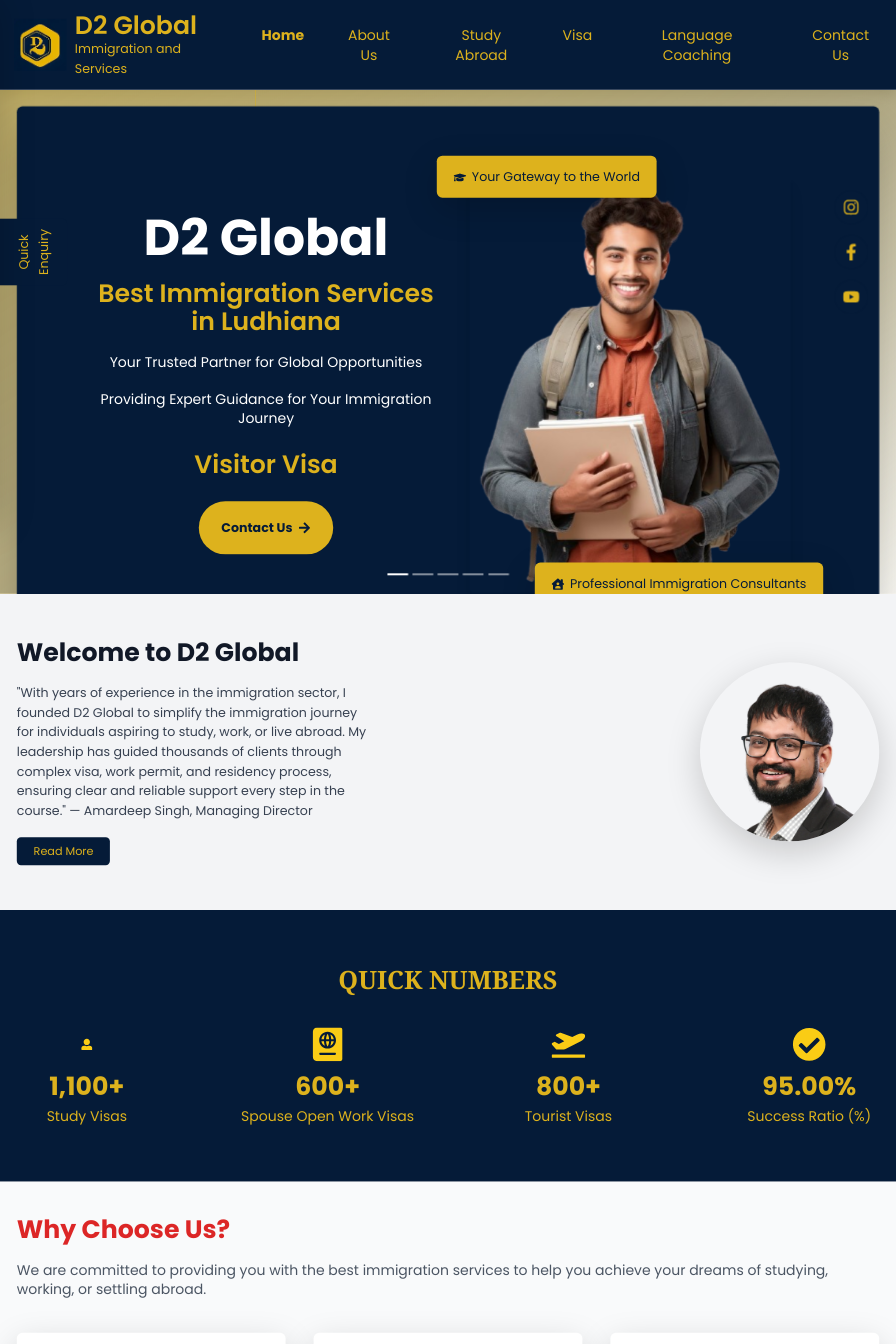
Repository: abhijeets54/d2globalbackup
Page: /
The author's editor kept a copy of each file at every save. The page is drawn from the files as they stood at one save, then again after a run of saves.
The browser window is 1280 px wide. The pictures show the part of the page from y = 0 to 1920 px (the page is 6727 px tall), at 70% of full size.
The page's requests for data from a server got no answer. The project was rebuilt for these pictures with package versions that can differ from the ones it lists, and the page was loaded fresh each time. No one was signed in, and anything a server would have sent is missing. Also part of the build but not shown: vite.config.js, src/components/Button.jsx, src/components/PostCard.jsx, src/components/Input.jsx, src/components/PopupForm.jsx, src/components/Events.jsx, src/components/People.jsx, src/Newsletter/NewsletterComponent.jsx and 28 more. Imported but missing from the stored project, and not drawn on this page: src/components/Donate/RestoftheWorld.jsx, src/components/Donate/WithInIndia.jsx, src/components/JoinUs.jsx, src/components/Projects/Awareness.jsx, src/components/Projects/Education.jsx, src/components/Projects/HumanitarianAid.jsx, src/components/ThreePillars.jsx, src/pages/Donate.jsx and 2 more.

Above is the page before, as saved 2024-10-04 12:31:01.

### index.html
<!doctype html>
<html lang="en">
  <head>
    <meta charset="UTF-8" />
    <link rel="icon" type="image/svg+xml" href="/logo.webp" />
    <meta name="viewport" content="width=device-width, initial-scale=1.0" />
    <link href="https://fonts.googleapis.com/css2?family=Gothic+A1&family=Inconsolata:wght@200..900&family=Mukta:wght@200;300;400;500;600;700;800&family=Poppins:ital,wght@0,100;0,200;0,300;0,400;0,500;0,600;0,700;0,800;0,900;1,100;1,200;1,300;1,400;1,500;1,600;1,700;1,800;1,900&display=swap" rel="stylesheet">

    <link href="https://cdn.jsdelivr.net/npm/bootstrap@5.3.3/dist/css/bootstrap.min.css" rel="stylesheet" integrity="sha384-QWTKZyjpPEjISv5WaRU9OFeRpok6YctnYmDr5pNlyT2bRjXh0JMhjY6hW+ALEwIH" crossorigin="anonymous">
    <link
  rel="stylesheet"
  href="https://cdnjs.cloudflare.com/ajax/libs/font-awesome/5.15.3/css/all.min.css"
/>
    <title>D2 Global</title>
  </head>
  <body class="bg-slate-400">
    <div id="root"></div>
    <script src="https://cdn.jsdelivr.net/npm/bootstrap@5.3.3/dist/js/bootstrap.bundle.min.js" integrity="sha384-YvpcrYf0tY3lHB60NNkmXc5s9fDVZLESaAA55NDzOxhy9GkcIdslK1eN7N6jIeHz" crossorigin="anonymous"></script>
    <script type="module" src="/src/main.jsx"></script>
  </body>
</html>

### src/App.jsx
import React, { useState, useEffect } from 'react'
import './App.css'
import { Footer, Header } from './components'
import { Outlet } from 'react-router-dom'


function App() {
  const [loading, setLoading] = useState(false)

  return !loading ? (
    <div className='min-h-screen flex flex-wrap content-between bg-gray-400'>
      <div className='w-full block'>
        <Header />
        <main>
        <Outlet />
        </main>
        <Footer />
      </div>
    </div>
  ) : null
}

export default App

### src/pages/Home.jsx
import React, { useState } from 'react';
import { useNavigate } from 'react-router-dom';
import Collage from '../components/Collage';
import OurAssociates from '../components/OurAssociates';
import QuickNumbers from '../components/QuickNumbers';
import WhatPeopleAreSaying from '../components/WhatPeopleAreSaying';

import Register from '../components/Register';

import About from '../components/About';
import Offer from '../components/Offer';
import Countries from '../components/Countries';
import PopupForm from '../components/PopupForm';
import Events from '../components/Events';
import QuickEnquiry from '../components/ContactUs/QuickEnquiry';
import Choose from '../components/Choose';
import People from '../components/People';
import CollageWithAnimations from '../components/CollageWithAnimations';
function Home() {
  const navigate = useNavigate();
  const [showFullText, setShowFullText] = useState(false);

  const handleReadMore = () => {
    navigate('/About');
  };

  const handleMoreAboutUs = () => {
    setShowFullText(!showFullText);
  };

  return (
    <>
   {/* <CollageWithAnimations/> */}
      {/* <PopupForm /> */}
      <QuickEnquiry />
      <Collage />

        <About />
        {/* <People/> */}
        <QuickNumbers />
        <Choose/>
        <Offer />

        {/* <Timeline /> */}



            <Countries />


            <OurAssociates />

          <WhatPeopleAreSaying />
          {/* <Events /> */}

          <Register />


    </>
  );
}

export default Home;

### src/components/About.jsx
import React, { useEffect, useState, useRef } from 'react';
import { useNavigate } from 'react-router-dom';

const About = () => {
  const [slideIn, setSlideIn] = useState(false);
  const aboutSectionRef = useRef(null);
  const navigate = useNavigate();

  useEffect(() => {
    const observer = new IntersectionObserver(
      (entries) => {
        entries.forEach((entry) => {
          if (entry.isIntersecting) {
            setSlideIn(true);
          }
        });
      },
      {
        threshold: 0.3,
      }
    );

    if (aboutSectionRef.current) {
      observer.observe(aboutSectionRef.current);
    }

    return () => {
      if (aboutSectionRef.current) {
        observer.unobserve(aboutSectionRef.current);
      }
    };
  }, []);

  const handleReadMore = () => {
    navigate('/AboutUs');
  };

  return (
    <div ref={aboutSectionRef} className="flex items-center justify-center bg-gray-100 py-12 md:py-16">
      <div className="container mx-auto flex flex-col md:flex-row items-center justify-between px-4">

        {/* Sliding Text Content */}
        <div
          className={`transform transition-transform duration-1000 ${
            slideIn ? 'translate-x-0' : '-translate-x-full'
          } mt-8 md:mt-0 md:mr-10 max-w-lg text-left md:text-left`}
        >
          <h2 className="text-3xl md:text-4xl  font-bold mb-4 text-gray-900">Welcome to D2 Global</h2>
          <p className="text-base md:text-lg text-gray-700">
          "With years of experience in the immigration sector, I founded D2 Global to simplify the immigration journey for individuals aspiring to study, work, or live abroad. My leadership has guided thousands of clients through complex visa, work permit, and residency process, ensuring clear and reliable support every step in the course."

— Amardeep Singh, Managing Director
          </p>

          {/* Read More Button */}
          <button
            onClick={handleReadMore}
            className="mt-4 inline-block bg-customBlue text-customYellow px-6 py-2 rounded-md hover:bg-blue-600 transition-colors duration-300"
          >
            Read More
          </button>
        </div>

      {/* Sliding Image */}
<div
  className={`transform transition-transform duration-1000 ${
    slideIn ? 'translate-x-0' : 'translate-x-full'
  } mt-8 md:mt-0`}
>
  <img
    src="amar.webp"
    alt="Profile"
    className="rounded-full shadow-lg w-48 h-48 md:w-64 md:h-64 object-cover object-top mx-auto md:mx-0"
    style={{ objectPosition: 'top center' }} // This will center the face more
  />
</div>


      </div>
    </div>
  );
};

export default About;

### src/components/Layout.jsx
// src/components/Layout.jsx
import React from 'react';
import { Outlet, useNavigate } from 'react-router-dom';

const Layout = () => {
  const navigate = useNavigate();

  const handleDonateClick = () => {
    navigate('/Donate');
  };

  return (
    <div>
      <Outlet />
      {/* <a
        href="#top"
        className="fixed right-2 bottom-16 bg-blue-950 text-white hover:bg-yellow-500 py-1 px-2 rounded-2 h-8 w-10 mt-2"
        style={{ zIndex: 1000 }}
      >
        <img src="../../IOC Website pictures/icons8-top-50.png" alt="Go to top " />
      </a> */}
    </div>
  );
};

export default Layout;

### src/components/OurAssociates.jsx
import React from 'react';
import 'tailwindcss/tailwind.css';

const logos = [
  '/oxford.webp',
  '/regent.webp',
  '/webster.webp',
  '/avila.svg',
  '/iau.webp',
  '/bcnlip.webp',
  '/camino.webp',
  '/ihmgs.webp',
  '/uclan.webp',
  '/aura.webp',
  '/lyon.webp'
];

function OurAssociates() {
  return (
    <div className="bg-white py-8">
      <h4 className="text-center text-blue-950 mt-3 text-3xl font-semibold">OUR PARTNERS</h4>
      <br />
      <div className="overflow-hidden relative">
        <div className="flex animate-scroll1 space-x-4 sm:space-x-6 lg:space-x-8">
          {logos.concat(logos).map((logo, index) => (
            <div key={index} className="flex-shrink-0">
              <img
                src={logo}
                alt={`Logo ${index + 1}`}
                className="h-24 w-24 sm:h-32 sm:w-32 lg:h-40 lg:w-40 object-contain"
              />
            </div>
          ))}
        </div>
      </div>
    </div>
  );
}

export default OurAssociates;

### src/components/QuickNumbers.jsx
import React, { useEffect, useState, useRef } from 'react';
import CountUp from 'react-countup';
import { FaUserAlt, FaPassport, FaPlaneDeparture, FaCheckCircle } from 'react-icons/fa';
import 'tailwindcss/tailwind.css';

const data = [
  {
    icon: <FaUserAlt className="h-12 w-12++ text-yellow-400 mb-2" />,
    number: 1100,
    label: 'Study Visas'
  },
  {
    icon: <FaPassport className="h-12 w-12 text-yellow-400 mb-2" />,
    number: 600,
    label: 'Spouse Open Work Visas'
  },
  {
    icon: <FaPlaneDeparture className="h-12 w-12 text-yellow-400 mb-2" />,
    number: 800,
    label: 'Tourist Visas'
  },
  {
    icon: <FaCheckCircle className="h-12 w-12 text-yellow-400 mb-2" />,
    number: 95,
    label: 'Success Ratio (%)',
    isDecimal: true,
  }
];

function QuickNumbers() {
  const [showCounts, setShowCounts] = useState(false);
  const quickNumbersRef = useRef(null);

  useEffect(() => {
    const observer = new IntersectionObserver(
      (entries) => {
        if (entries[0].isIntersecting) {
          setShowCounts(true);
        }
      },
      { threshold: 0.2 }
    );

    if (quickNumbersRef.current) {
      observer.observe(quickNumbersRef.current);
    }

    return () => {
      if (quickNumbersRef.current) {
        observer.unobserve(quickNumbersRef.current);
      }
    };
  }, []);

  return (
    <div ref={quickNumbersRef} className="bg-customBlue py-8 w-full">
      <h2 className="text-center text-2xl sm:text-4xl font-serif font-extrabold text-customYellow pt-5 mb-8">
        QUICK NUMBERS
      </h2>

      {/* Responsive Grid Layout */}
      <div className="grid grid-cols-1 sm:grid-cols-2 lg:grid-cols-4 gap-8 lg:gap-24 mt-5 pb-5">
        {data.map((item, index) => (
          <div key={index} className="text-center text-customYellow flex flex-col items-center">
            <div className="quicknumber flex flex-col justify-center items-center">
              <div className="icon mb-2">{item.icon}</div>
              <h3 className="text-2xl sm:text-4xl font-bold">
                {showCounts && (
                  <CountUp
                    end={item.number}
                    duration={7}
                    decimals={item.isDecimal ? 2 : 0}
                    suffix={item.isDecimal ? "%" : "+"}
                  />
                )}
              </h3>
              <p className="mt-2 text-base sm:text-xl">{item.label}</p>
            </div>
          </div>
        ))}
      </div>
    </div>
  );
}

export default QuickNumbers;

### src/components/Offer.jsx
import React from 'react';
import { Link } from 'react-router-dom';
import 'tailwindcss/tailwind.css';

function Offer() {
  const studyAbroadImageUrl = '/student.webp'; // Update with actual image URL
  const ieltsPteImageUrl = '/ielts3.webp'; // Update with actual image URL
  const touristVisaImageUrl = '/tourist.webp'; // Update with actual image URL

  return (
    <div className="mx-auto bg-customBlue
    0 p-6 md:p-10 shadow">
      <h4 className="text-center text-customBlue mt-3 text-xl"></h4>
      <h2 className="text-center text-3xl font-serif  text-customYellow sm:text-4xl mt-3  font-extrabold mb-10 md:mb-16">What We Offer</h2>

      <div className="grid grid-cols-1 sm:grid-cols-2 md:grid-cols-3 gap-6">
        {/* First card: Study Abroad */}
        <div className="col cursor-pointer transform transition-transform hover:scale-105">
          <Link to="/StudyAbroad">
            <div className="card h-full bg-white rounded-lg shadow overflow-hidden">
              <img
                src={studyAbroadImageUrl}
                className="w-full h-52 sm:h-64 md:h-72 object-cover"
                alt="Study Abroad"
              />
              <div className="p-4">
                <h5 className="text-center text-lg sm:text-xl font-bold">Study Abroad</h5>
              </div>
            </div>
          </Link>
        </div>

        {/* Second card: IELTS/PTE */}
        <div className="col cursor-pointer transform transition-transform hover:scale-105">
          <Link to="/Training">
            <div className="card h-full bg-white rounded-lg shadow overflow-hidden">
              <img
                src={ieltsPteImageUrl}
                className="w-full h-52 sm:h-64 md:h-72 object-cover"
                alt="IELTS/PTE"
              />
              <div className="p-4">
                <h5 className="text-center text-lg sm:text-xl font-bold">Language Coaching</h5>
              </div>
            </div>
          </Link>
        </div>

        {/* Third card: Tourist Visa */}
        <div className="col cursor-pointer transform transition-transform hover:scale-105">
          <Link to="/TouristVisa">
            <div className="card h-full bg-white rounded-lg shadow overflow-hidden">
              <img
                src={touristVisaImageUrl}
                className="w-full h-52 sm:h-64 md:h-72 object-cover"
                alt="Tourist Visa"
              />
              <div className="p-4">
                <h5 className="text-center text-lg sm:text-xl font-bold">Tourist Visa</h5>
              </div>
            </div>
          </Link>
        </div>
      </div>
    </div>
  );
}

export default Offer;

### src/components/CollageWithAnimations.jsx
import React, { useEffect, useState } from 'react';
import { motion } from 'framer-motion';
import { FaArrowRight, FaGlobeAmericas, FaPassport, FaPlane, FaGraduationCap, FaHouseUser } from 'react-icons/fa';
import { useNavigate } from 'react-router-dom';

const CollageWithAnimations = () => {
  const navigate = useNavigate();
  const [displayedText, setDisplayedText] = useState('');
  const [textIndex, setTextIndex] = useState(0);
  const texts = ['Study Visa', 'Permanent Residency', 'Visitor Visa', 'Tourist Visa', 'IELTS Coaching', 'PTE Coaching'];
  const slideInDuration = 0.5;

  useEffect(() => {
    const changeText = () => {
      setDisplayedText(texts[textIndex]);
    };
    changeText();
  }, [textIndex]);

  useEffect(() => {
    const textChangeInterval = setInterval(() => {
      setTextIndex((prevIndex) => (prevIndex + 1) % texts.length);
    }, 3000);
    return () => clearInterval(textChangeInterval);
  }, []);

  return (
    <div className="relative w-full min-h-screen flex items-center justify-center bg-gradient-to-br from-customYellow/50 via-customYellow/30 to-white p-4 md:p-8">
      {/* Background decorative elements */}
      <motion.div
        className="absolute top-10 left-10 text-5xl text-customBlue opacity-20"
        animate={{ rotate: 360 }}
        transition={{ duration: 20, repeat: Infinity, ease: "linear" }}
      >
        <FaGlobeAmericas />
      </motion.div>
      <motion.div
        className="absolute bottom-10 right-10 text-5xl text-customBlue opacity-20"
        animate={{ y: [0, -20, 0] }}
        transition={{ duration: 4, repeat: Infinity, ease: "easeInOut" }}
      >
        <FaPlane />
      </motion.div>

      {/* Main content container */}
      <div className="w-full max-w-8xl bg-customBlue shadow-2xl rounded-lg p-12 md:p-24 flex flex-col lg:flex-row items-center justify-between transition-all duration-500 hover:shadow-3xl relative overflow-hidden">
        {/* Text Section */}
        <div className="w-full lg:w-1/2 text-center lg:text-left relative z-10 mb-8 lg:mb-0">
          <motion.h1
            className="text-5xl md:text-6xl lg:text-7xl font-bold text-white mb-6"
            initial={{ opacity: 0, y: -50 }}
            animate={{ opacity: 1, y: 0 }}
            transition={{ duration: 0.8 }}
          >
            D2 Global
          </motion.h1>
          <h2 className="text-2xl md:text-3xl lg:text-4xl font-semibold text-customYellow mb-6">
            Best Immigration Services in Ludhiana
          </h2>
          <p className="text-lg md:text-xl text-white mb-4">
            Your Trusted Partner for Global Opportunities
          </p>
          <p className="text-lg md:text-xl text-white mb-8">
            Providing Expert Guidance for Your Immigration Journey
          </p>
          <motion.h3
            className="text-2xl md:text-3xl lg:text-4xl font-semibold text-customYellow mb-8"
            initial={{ x: -50, opacity: 0 }}
            animate={{ x: 0, opacity: 1 }}
            exit={{ x: -50, opacity: 0 }}
            transition={{ duration: slideInDuration }}
          >
            {displayedText}
          </motion.h3>
          <motion.button
            className="px-8 py-4 bg-customYellow text-customBlue rounded-full text-lg font-bold flex items-center justify-center mx-auto lg:mx-0 hover:bg-white hover:text-customBlue transition-colors duration-300"
            onClick={() => navigate('/Contactpage')}
            whileHover={{ scale: 1.05 }}
            whileTap={{ scale: 0.95 }}
          >
            Contact Us
            <FaArrowRight className="ml-2" />
          </motion.button>
        </div>

        {/* Image Section */}
        <div className="relative w-full lg:w-1/2 flex justify-center items-center">
          <motion.img
            src="/student.png"
            alt="Student with backpack"
            className="h-96 md:h-[450px] lg:h-[600px] object-cover rounded-lg shadow-xl"
            initial={{ opacity: 0, x: 50 }}
            animate={{ opacity: 1, x: 0 }}
            transition={{ duration: 0.5 }}
          />

          {/* Floating boxes */}
          <motion.div
            className="absolute -top-4 -left-4 py-3 px-6 bg-customYellow text-customBlue rounded-lg text-base md:text-lg shadow-lg"
            animate={{ y: [0, -10, 0] }}
            transition={{ duration: 2, repeat: Infinity, ease: "easeInOut" }}
          >
            <FaGraduationCap className="inline-block mr-2" />
            Your Gateway to the World
          </motion.div>
          <motion.div
            className="absolute -bottom-4 -right-4 py-3 px-6 bg-customYellow text-customBlue rounded-lg text-base md:text-lg shadow-lg"
            animate={{ y: [0, -10, 0] }}
            transition={{ duration: 2, repeat: Infinity, ease: "easeInOut", delay: 1 }}
          >
            <FaHouseUser className="inline-block mr-2" />
            Professional Immigration Consultants
          </motion.div>
        </div>

        {/* Additional decorative element */}
        <motion.div
          className="absolute -bottom-16 -left-16 text-9xl text-white opacity-10"
          animate={{ rotate: -360 }}
          transition={{ duration: 30, repeat: Infinity, ease: "linear" }}
        >
          <FaPassport />
        </motion.div>
      </div>
    </div>
  );
};

export default CollageWithAnimations;

### src/components/container/Container.jsx
import React from 'react'

function Container({ children }) {
  return <div className='w-full'>{children}</div>
}

export default Container

### src/components/Logo.jsx
import React from 'react';
import logo from '/logo.webp'; // Adjust path as necessary

function Logo() {
  return (
    <div>
      <img src={logo} alt="logo" height={75} width={75}/>
    </div>
  );
}

export default Logo;

Loaded but not shown: tailwind.config.js (35 lines, source omitted); src/components/index.js (19 lines, source omitted); src/components/Header/Header.jsx (265 lines, source omitted); src/components/ContactUs/QuickEnquiry.jsx (202 lines, source omitted); src/components/Countries.jsx (133 lines, source omitted); src/components/Register.jsx (175 lines, source omitted); src/components/Choose.jsx (155 lines, source omitted); src/main.jsx (100 lines, source omitted); src/components/WhatPeopleAreSaying.jsx (112 lines, source omitted); src/components/Collage.jsx (130 lines, source omitted); src/components/ContactUs/ContactUs.jsx (85 lines, source omitted); src/App.css (212 lines, source omitted); src/index.css (166 lines, source omitted)

After the next 2 saves:
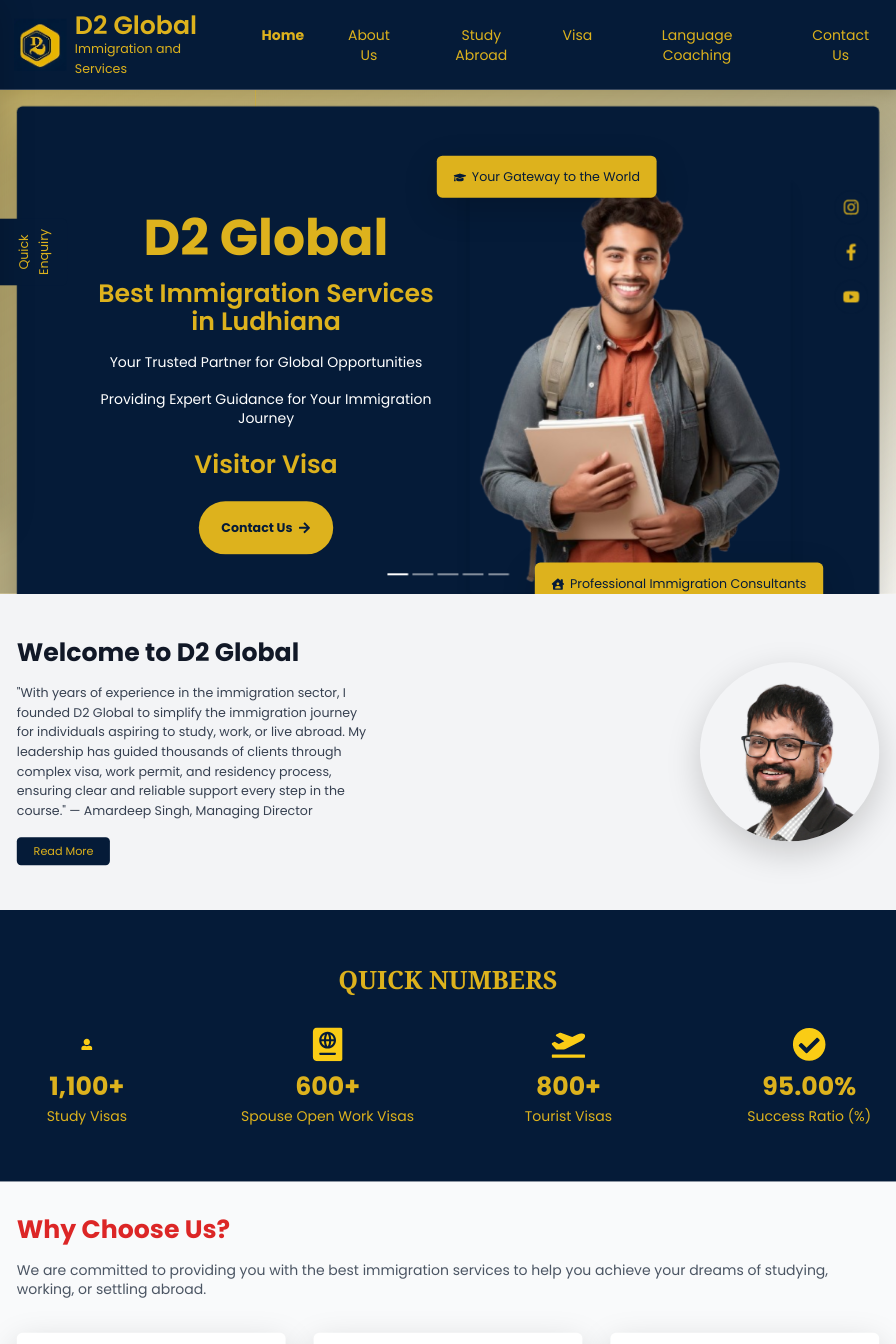
The 2 saves are shown as one change because they came seconds apart.
The last was saved 77 s later.
--- a/src/components/CollageWithAnimations.jsx
+++ b/src/components/CollageWithAnimations.jsx
@@ -47,7 +47,7 @@
         {/* Text Section */}
         <div className="w-full lg:w-1/2 text-center lg:text-left relative z-10 mb-8 lg:mb-0">
           <motion.h1
-            className="text-5xl md:text-6xl lg:text-7xl font-bold text-white mb-6"
+            className="text-5xl md:text-6xl lg:text-7xl font-bold text-customYellow mb-6"
             initial={{ opacity: 0, y: -50 }}
             animate={{ opacity: 1, y: 0 }}
             transition={{ duration: 0.8 }}
